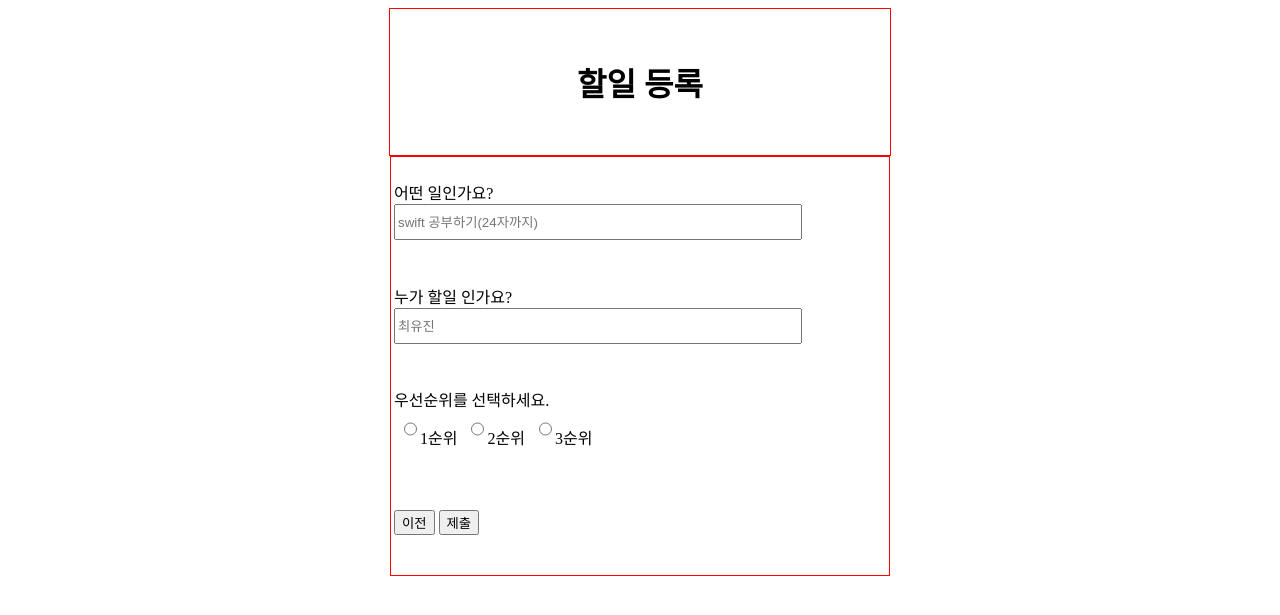
Repository: estellechoi/jsp-project-todo
Page: http://localhost/todo/jsp/form.jsp
The author's editor kept a copy of each file at every save. The page is drawn from the files as they stood at one save, then again after the next save.
The browser window is 1280 px wide. The pictures show the whole page.
The page is served by Tomcat 9. Other server files are loaded and not shown.

Above is the page before, as saved 2019-12-08 07:05:15.

### todo/src/main/webapp/jsp/form.jsp
<%@ page language="java" contentType="text/html; charset=UTF-8"
    pageEncoding="UTF-8"%>
<!DOCTYPE html>
<html>
<head>
<meta charset="UTF-8">
<title>Insert title here</title>
<style>
	table, h1 {
		width: 500px;
		margin: auto;
		border: 1px solid red;
	}

	h1 {
		padding-top: 50px;
		padding-bottom: 50px;
		text-align: center;
	}

	.block_input {
		height: 100px;
	}

	input[type=text] {
		width: 400px;
		height: 30px;
	}

	input[type=radio] {
		height: 30px;
		margin-left: 10px;
		boder: 1px solid red;
	}
</style>
</head>
<body>
	<h1>할일 등록</h1>
	<form action="TodoAddServlet" method="post">
		<table>
			<tr>
				<td class="block_input">
					<span>어떤 일인가요?</span> <br />
					<input type="text" name="title" placeholder="swift 공부하기(24자까지)" maxlength="24" />
				</td>
			</tr>
			<tr>
				<td class="block_input">
					<span>누가 할일 인가요?</span> <br />
					<input type="text" name="name" placeholder="최유진" />
				</td>
			</tr>
			<tr>
				<td class="block_input">
					<span>우선순위를 선택하세요.</span> <br />
					<input type="radio" name="sequence" value="1" />1순위
					<input type="radio" name="sequence" value="2" />2순위
					<input type="radio" name="sequence" value="3" />3순위
				</td>
			</tr>
			<tr>
				<td class="block_input">
					<input type="button" value="이전" />
					<input type="submit" value="제출" />
				</td>
			</tr>
		</table>
	</form>
</body>
</html>

After the next save:
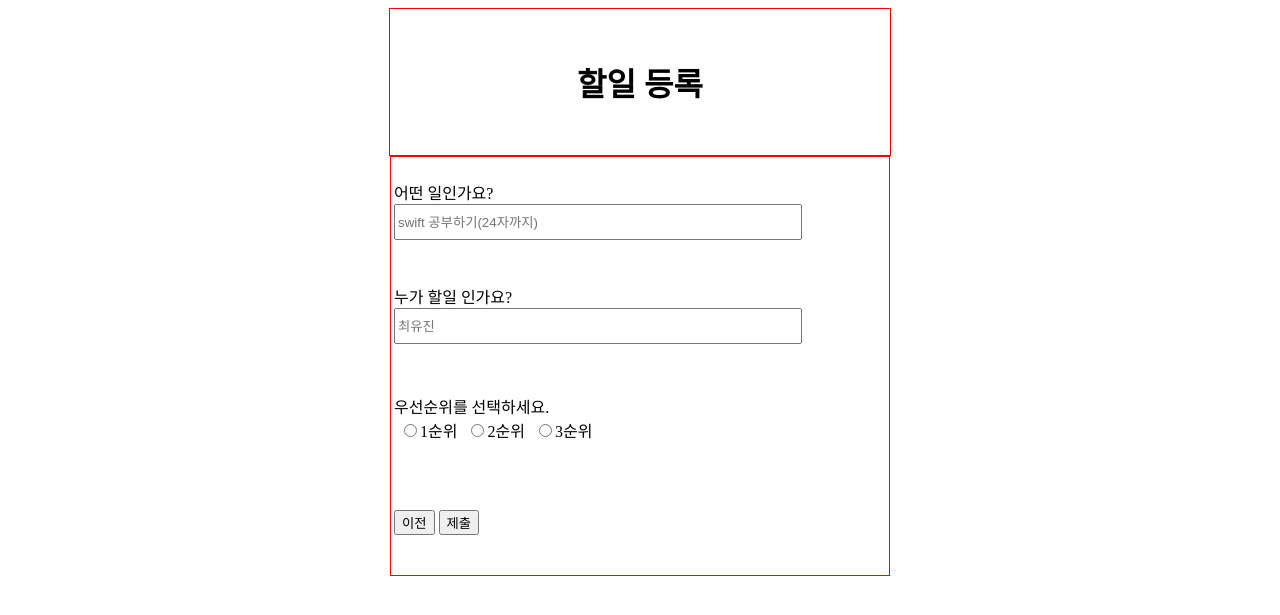
Saved 2 min 25 s later.
--- a/todo/src/main/webapp/jsp/form.jsp
+++ b/todo/src/main/webapp/jsp/form.jsp
@@ -28,7 +28,6 @@
 	}
 
 	input[type=radio] {
-		height: 30px;
 		margin-left: 10px;
 		boder: 1px solid red;
 	}
